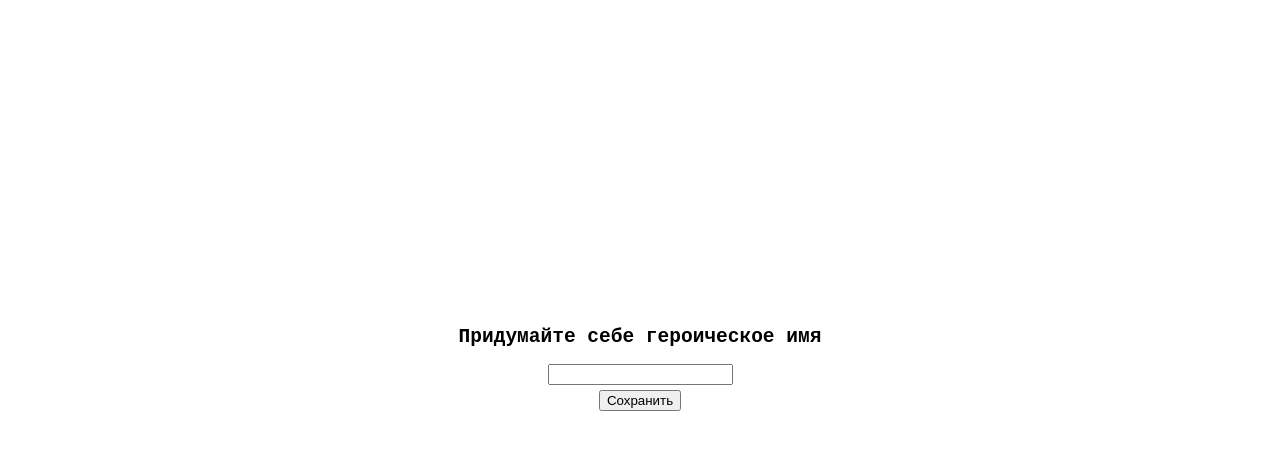
Repository: Cat-Of-Devil/tic-tac-toe-online
Page: index.html
The author's editor kept a copy of each file at every save. The page is drawn from the files as they stood at one save, then again after the next save.
The browser window is 1280 px wide. The pictures show the whole page.

Above is the page before, as saved 2019-08-02 20:21:11.

### index.html
<html lang="ru">
<head>
    <meta charset="UTF-8">
    <meta name="viewport" content="width=device-width, initial-scale=1">
    <title>Крестики-нолики</title>
    <link rel="stylesheet" href="style.css">
</head>
<body>

<div class="container">
  <h2>Wait..</h2>
</div>

<div class="container hidden js-sign-in">
  <h2>Придумайте себе героическое имя</h2>
  <input type="text" name="username" required>
  <button>Сохранить</button>
</div>

<div class="container hidden js-session-list">
  <h2>Выбирайте с кем играть или создавайте свою игру</h2>
  <div class="js-session-wrap"></div>
</div>

<div class="container hidden js-battle">
  <div class="move">Ход: <span>x</span></div>
  <div class="cols-wrap js-game"></div>
</div>

<script src="main.js"></script>
</body>
</html>

### style.css
* {
  box-sizing: border-box;
}

body {
  font-family: monospace;
  line-height: normal;
  margin: 0;
  padding: 0;
}

.container {
  display: flex;
  align-items: center;
  justify-content: center;
  height: 100%;
  flex-direction: column;
}

.move {
  font-size: 28px;
  margin-bottom: 10px;
}

.cols-wrap {
  display: flex;
  flex-wrap: wrap;
  width: 300px;
  height: 300px;
}

.col {
  width: 33.3333333333%;
  border: 2px solid #949494;
  cursor: pointer;
  background-color: #f1f1f1;
  display: flex;
  justify-content: center;
  position: relative;
}

.col:nth-child(3n+1), .col:nth-child(3n+2) {
  border-right: none;
}

.col:nth-child(-n+6) {
  border-bottom: none;
}


.col.tic, .col.tac {
  cursor: not-allowed;
}

.col:before, .col:after {
  content: '';
  position: absolute;
  opacity: 0;
  transform: scale(0.9);
  transition: all 0.2s;
  font-size: 83px;
  line-height: normal;
}


.col.tic:before {
  content: 'x';
  opacity: 1;
  transform: scale(1);
  color: #001caf;
}

.col.tac:after {
  content: 'o';
  opacity: 1;
  transform: scale(1);
  color: #bb2d00;
}

.winner {
  position: fixed;
  z-index: 9;
  opacity: 0;
  transform: scale(0.9);
  visibility: hidden;
  max-width: 500px;
  height: 400px;
  padding: 0 20px;
  transition: all 0.3s;
  background: #fff;
  justify-content: space-between;
  display: flex;
  flex-direction: column;
  align-items: center;
  box-shadow: 5px 5px 16px -6px rgba(0, 0, 0, 0.36);
  text-align: center;
}

.winner.active {
  opacity: 1;
  transform: scale(1);
  visibility: visible;
}

.winner span {
  margin-top: 110px;
  font-size: 40px;
}

.winner .close {
  margin-bottom: 20px;
  padding: 10px 20px;
  background-color: #119000;
  color: white;
  cursor: pointer;
}

.hidden {
  display:none;
}

input[type=text] {
  border: 1 px solid #d8d8d8;
  margin-bottom:5px;
}

### main.js
(function () {

  let hash = location.hash.split('#')[1];

  let containers = document.querySelectorAll('.container');
  let signIn = document.querySelector('.js-sign-in');
  let usernameInp = signIn.querySelector('input[type=text]');
  let usernameSave = signIn.querySelector('button');

  let username = localStorage.getItem('username');
  let gameId = localStorage.getItem('gameId');

  if (location.hash == '' || !username)
    location.hash = 'sign-in';

  if (gameId) {
    location.hash = `battle/${gameId}`;
  }

  window.onhashchange = function(){
    hash = location.hash.split('#')[1];
    console.log('hashchange', hash);
    showPage(hash);
  }

  function showPage(hash) {
    let chunk = hash.split('/');

    containers.forEach(function(o, i){
      if (!o.matches('.js-'+chunk[0])) {
        o.classList.add('hidden');
      } else {
        o.classList.remove('hidden');
      }
    });

    if (chunk[0] == 'sign-in') {
      if (username) location.hash = 'session-list';
    }

    if (chunk[0] == 'session-list') {

      fetch('/session')
      .then(resp => resp.json())
      .then((items)=>{
        let container = document.querySelector('.js-session-wrap');
        container.innerHTML = '';

        items.forEach((el, i) => {
          container.insertAdjacentHTML('beforeend', [
            '<div>',
              '<a onclick="return confirm(\'Вы уверены что хотите начать игру?\')" href="#battle/'+el.id+'">#'+el.id+': '+el.title+'</a>',
            '</a>',
          ].join(''));
        })
      })

    }

    if (chunk[0] == 'battle') {
      let gameId = chunk[1];

      if (gameId != '') {

        let stateGame;

        fetch('/session/'+gameId)
        .then(resp => resp.json())
        .then(session=>{
          container.innerHTML = '';

          //container.innerHTML = JSON.stringify(session);

          session.state.forEach((el, i) => {
            container.insertAdjacentHTML('beforeend', [
              '<div class="col">'+(el?el:'')+'</div>',
            ].join(''));
          });
        });


        if (!localStorage.getItem('gameId')) {
          fetch('/session/'+gameId, {
            method: 'PUT',
            headers: {
              'Content-Type': 'application/json',
            },
            body: JSON.stringify()
          })
          .then(resp => resp.json())
          .then(session=>{})
        }



        let container = document.querySelector('.js-game');

        fetch('/session/'+gameId)
        .then(resp => resp.json())
        .then(session=>{
          container.innerHTML = '';

          //container.innerHTML = JSON.stringify(session);

          session.state.forEach((el, i) => {
            container.insertAdjacentHTML('beforeend', [
              '<div class="col">'+(el?el:'')+'</div>',
            ].join(''));
          });
        });
      }
    }
  }

  hash && showPage(hash);

  usernameSave.addEventListener('click', function(){
    let username = usernameInp.value;
    if (username) {
      localStorage.setItem('username', username);
      location.hash = 'session-list';
    }
  })













  // let move = document.querySelector('.move span');
  // let cols = document.querySelectorAll('.col');
  // let winner = document.querySelector('.winner');
  // let winnerText = document.querySelector('.winner span');
  // let close = document.querySelector('.winner .close');

  // let step = 0;
  // cols.forEach(function (el) {
  //     el.addEventListener('click', ticTac)
  // });

  // function ticTac() {
  //     if (step % 2 == 0) {
  //         this.classList.add('tic');
  //         this.removeEventListener('click', ticTac);
  //     } else {
  //         this.classList.add('tac');
  //         this.removeEventListener('click', ticTac);
  //     }
  //     step++;
  //     move.innerHTML = (move.innerHTML == 'x') ? 'o' : 'x';
  //     checkWinner();
  // }

  // function checkWinner() {
  //     if
  //     (cols[0].matches('.tic') && cols[1].matches('.tic') && cols[2].matches('.tic') ||
  //         cols[3].matches('.tic') && cols[4].matches('.tic') && cols[5].matches('.tic') ||
  //         cols[6].matches('.tic') && cols[7].matches('.tic') && cols[8].matches('.tic') ||
  //         cols[0].matches('.tic') && cols[3].matches('.tic') && cols[6].matches('.tic') ||
  //         cols[1].matches('.tic') && cols[4].matches('.tic') && cols[7].matches('.tic') ||
  //         cols[2].matches('.tic') && cols[5].matches('.tic') && cols[8].matches('.tic') ||
  //         cols[0].matches('.tic') && cols[4].matches('.tic') && cols[8].matches('.tic') ||
  //         cols[2].matches('.tic') && cols[4].matches('.tic') && cols[6].matches('.tic')) {
  //         winnerText.innerHTML = 'Победили крестики!';
  //         winner.classList.add('active');
  //     } else if
  //     (cols[0].matches('.tac') && cols[1].matches('.tac') && cols[2].matches('.tac') ||
  //         cols[3].matches('.tac') && cols[4].matches('.tac') && cols[5].matches('.tac') ||
  //         cols[6].matches('.tac') && cols[7].matches('.tac') && cols[8].matches('.tac') ||
  //         cols[0].matches('.tac') && cols[3].matches('.tac') && cols[6].matches('.tac') ||
  //         cols[1].matches('.tac') && cols[4].matches('.tac') && cols[7].matches('.tac') ||
  //         cols[2].matches('.tac') && cols[5].matches('.tac') && cols[8].matches('.tac') ||
  //         cols[0].matches('.tac') && cols[4].matches('.tac') && cols[8].matches('.tac') ||
  //         cols[2].matches('.tac') && cols[4].matches('.tac') && cols[6].matches('.tac')) {
  //         winnerText.innerHTML = 'Победили нолики!';
  //         winner.classList.add('active');
  //     } else if (step == 9) {
  //         winnerText.innerHTML = 'Ничья!';
  //         winner.classList.add('active');
  //     }
  // }

  // close.addEventListener('click', function () {
  //         step = 0;
  //         cols.forEach(function (el) {
  //             el.classList.remove('tic', 'tac');
  //             el.addEventListener('click', ticTac);
  //             winner.classList.remove('active');
  //             move.innerHTML = 'x';
  //         })
  //     }
  // );


  // // console.log(cols)

})();

After the next save:
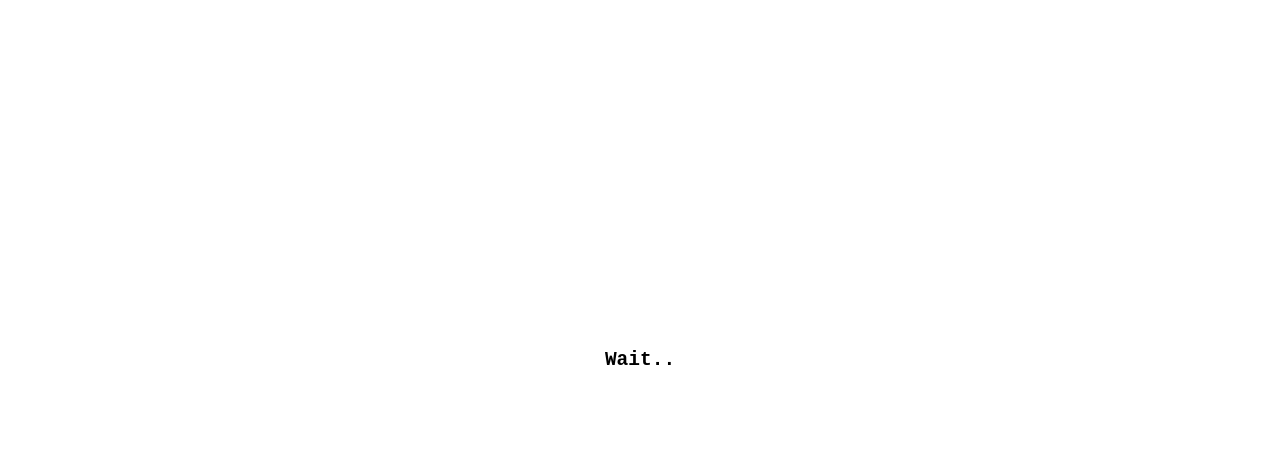
Console error: SyntaxError: Unexpected token ')'
Saved 4 min 1 s later.
--- a/main.js
+++ b/main.js
@@ -67,8 +67,26 @@
         fetch('/session/'+gameId)
         .then(resp => resp.json())
         .then(session=>{
+          stateGame = session;
+
+          if (!localStorage.getItem('gameId')) {
+
+            stateGame.playerB = localStorage.getItem('')
+
+            fetch('/session/'+gameId, {
+              method: 'PUT',
+              headers: {
+                'Content-Type': 'application/json',
+              },
+              body: JSON.stringify()
+            })
+            .then(resp => resp.json())
+            .then(session=>{});
+            return stateGame;
+        })
+        .then(session=>{
+          stateGame = session;
           container.innerHTML = '';
-
           //container.innerHTML = JSON.stringify(session);
 
           session.state.forEach((el, i) => {
@@ -115,7 +133,7 @@
   hash && showPage(hash);
 
   usernameSave.addEventListener('click', function(){
-    let username = usernameInp.value;
+    username = usernameInp.value;
     if (username) {
       localStorage.setItem('username', username);
       location.hash = 'session-list';

After the 6 saves that followed:
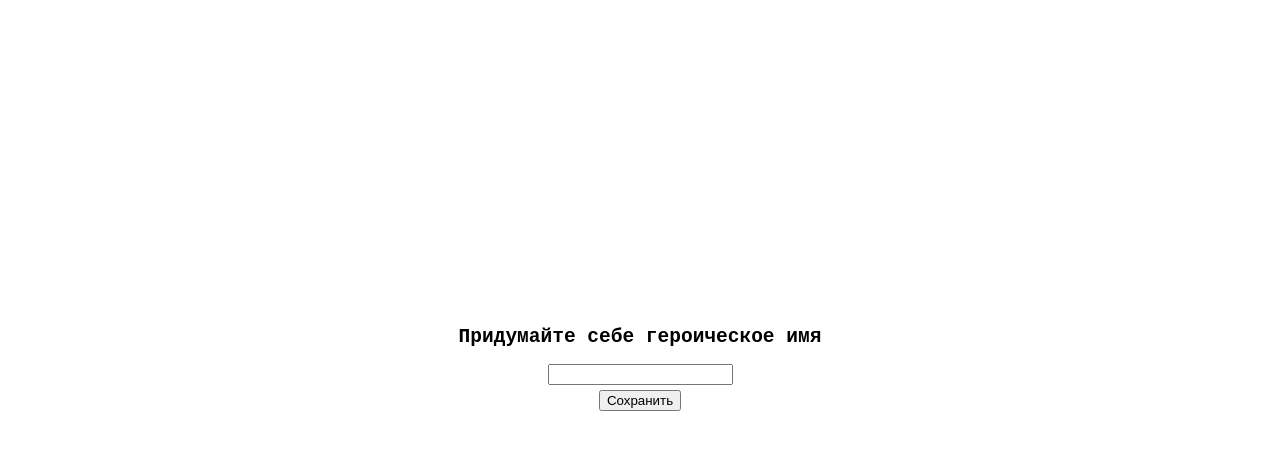
The error is gone.
The 6 saves are shown as one change because 5 left the picture as it was.
The last was saved 2 min 52 s later.
--- a/main.js
+++ b/main.js
@@ -71,18 +71,21 @@
 
           if (!localStorage.getItem('gameId')) {
 
-            stateGame.playerB = localStorage.getItem('')
+            stateGame.playerB = username;
+            stateGame.startTime = (new Date()).getTime();
 
             fetch('/session/'+gameId, {
               method: 'PUT',
               headers: {
                 'Content-Type': 'application/json',
               },
-              body: JSON.stringify()
+              body: JSON.stringify(stateGame)
             })
             .then(resp => resp.json())
             .then(session=>{});
-            return stateGame;
+          }
+
+          return stateGame;
         })
         .then(session=>{
           stateGame = session;
